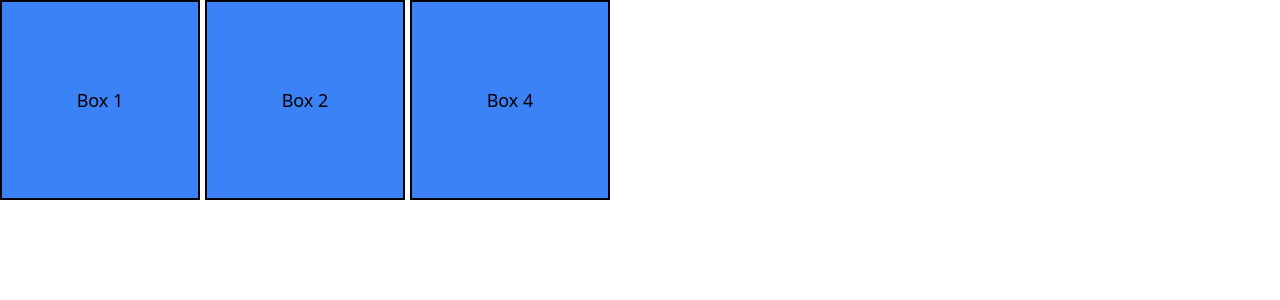
Repository: asadullah48/9th_class_nextjs
Page: /
These files come from the project's save history. The page is drawn as it stood at one moment and after a run of saves; the edit follows.
The browser window is 1280 px wide. The pictures show the whole page.
The project was rebuilt for these pictures with package versions that can differ from the ones it lists, and the page was loaded fresh each time. The framework's server and built-in components were replaced by stand-ins that run in the browser. Also part of the build but not shown: next.config.ts.

Above is the page before, as saved 2024-11-21 09:57:20.

After the next 2 saves:
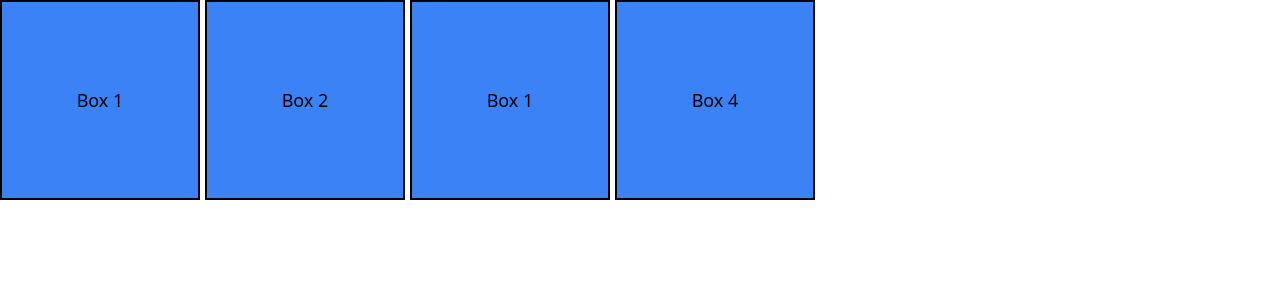
The 2 saves are shown as one change because they came seconds apart.
The last was saved 11 s later.
--- a/src/app/page.tsx
+++ b/src/app/page.tsx
@@ -10,6 +10,7 @@ function Home() {
     <div className="box" id="box2" >Box 2</div> */}
     <div className=" flex justify-center items-center h-[200px] w-[200px] bg-blue-500 border-2 border-black">Box 1 </div>
     <div className="flex justify-center items-center h-[200px] w-[200px] bg-blue-500 border-2 border-black">Box 2</div>
+    <div className=" flex justify-center items-center h-[200px] w-[200px] bg-blue-500 border-2 border-black">Box 1 </div>
     <div className="flex justify-center items-center h-[200px] w-[200px] bg-blue-500 border-2 border-black">Box 4</div>
 
   </div>;
